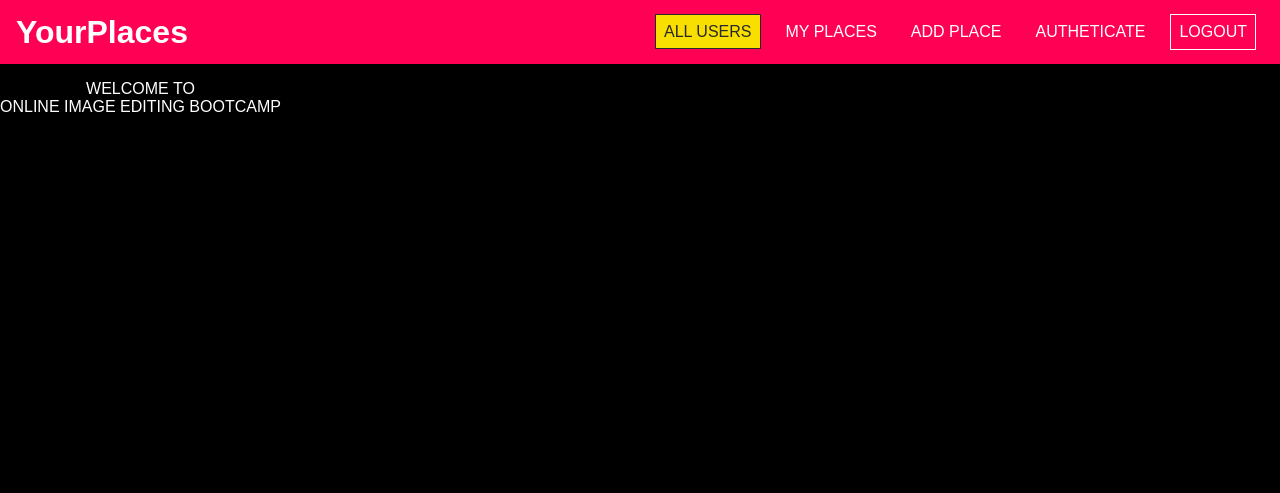
Repository: TanviSanyal/ImageEditingBootcamp
Page: /
An editor plug-in stored every save of this project. The page is shown before and after the next save, followed by the edit.
The browser window is 1280 px wide. The pictures show the whole page.
The project was rebuilt for these pictures with package versions that can differ from the ones it lists, and the page was loaded fresh each time. Also part of the build but not shown: src/shared/components/navigation/SideDrawer.css, src/shared/components/UIElements/Backdrop.css, src/shared/components/UIElements/Backdrop.js.

Above is the page before, as saved 2020-09-26 22:46:24.

### public/index.html
<!DOCTYPE html>
<html lang="en">
  <head>
    <meta charset="utf-8" />
    <link rel="icon" href="%PUBLIC_URL%/favicon.ico" />
    <meta name="viewport" content="width=device-width, initial-scale=1" />
    <meta name="theme-color" content="#000000" />
    <meta
      name="description"
      content="Web site created using create-react-app"
    />
    <link rel="apple-touch-icon" href="%PUBLIC_URL%/logo192.png" />
    <link rel="manifest" href="%PUBLIC_URL%/manifest.json" />
    <title>React App</title>
  </head>
  <body>
    <noscript>You need to enable JavaScript to run this app.</noscript>
    <div id="backdrop-hook"></div>
    <div id="modal-hook"></div>
    <div id="drawer-hook"></div>
    <div id="root"></div>
  </body>
</html>

### src/index.css
@import url('https://fonts.googleapis.com/css?family=Open+Sans:400,700&display=swap');

* {
  box-sizing: border-box;
}

html {
  font-family:Arial, Helvetica, sans-serif;
	font-weight:normal;
}

body {
  margin: 0;
  background: black;
}

### src/App.js
import React from 'react';
import {
  BrowserRouter as Router,
  Route,
  Redirect,
  Switch
} from 'react-router-dom';
import './App.css'
import MainNavigation from '../src/shared/components/navigation/MainNavigation';


const App = () => {

  // <Switch>
  //   <Route path="/" exact>
  //     {/* <Users /> */}
  //   </Route>
  //   <Route path="/:userId/places" exact>
  //     {/* <UserPlaces /> */}
  //   </Route>
  //   <Route path="/places/new" exact>
  //     {/* <NewPlace /> */}
  //   </Route>
  //   <Route path='/places/:placeId'>
  //     {/* <UpdatePlace /> */}
  //   </Route>
  //   <Redirect to="/" />
  // </Switch>

  return (
    <Router>
      <MainNavigation />
      <main className="main-body">
        <span>welcome to</span>
        <span> Online Image Editing Bootcamp</span>
      </main>
    </Router>
  );
};

export default App;

### src/App.css
.main-body span{
  color: white;
  text-transform: uppercase;
  display: block;
}
.main-body{
  text-align: center;
  position: absolute;
}

### src/shared/components/navigation/MainNavigation.js
import React, { useState } from 'react';
import { Link } from 'react-router-dom';

import MainHeader from './MainHeader';
import NavLinks from './NavLinks';
import SideDrawer from './SideDrawer';
import Backdrop from '../UIElements/Backdrop';
import './MainNavigation.css';

const MainNavigation = props => {
  const [drawerIsOpen, setDrawerIsOpen] = useState(false);

  const openDrawerHandler = () => {
    setDrawerIsOpen(true);
  };

  const closeDrawerHandler = () => {
    setDrawerIsOpen(false);
  };

  return (
    <React.Fragment>
      {drawerIsOpen && <Backdrop onClick={closeDrawerHandler} />}
      <SideDrawer show={drawerIsOpen} onClick={closeDrawerHandler}>
        <nav className="main-navigation__drawer-nav">
          <NavLinks />
        </nav>
      </SideDrawer>

      <MainHeader>
        <button className="main-navigation__menu-btn" onClick={openDrawerHandler}>
          <span />
          <span />
          <span />
        </button>
        <h1 className="main-navigation__title">
          <Link to="/">YourPlaces</Link>
        </h1>
        <nav className="main-navigation__header-nav">
          <NavLinks />
        </nav>
      </MainHeader>
    </React.Fragment>
  );
};

export default MainNavigation;

### src/shared/components/navigation/MainHeader.js
import React from 'react';

import './MainHeader.css';

const MainHeader = props => {
  return <header className="main-header">{props.children}</header>;
};

export default MainHeader;

### src/shared/components/navigation/NavLinks.js
import React,{useContext} from 'react';
import './NavLinks.css';
import {NavLink} from 'react-router-dom';
// import {AuthContext} from '../../context/auth-context';

const NavLinks = props => {

    // const auth = useContext(AuthContext);
    return(
        <ul className="nav-links">
            <li>
                <NavLink to="/" exact>ALL USERS</NavLink>
            </li>
           <li>
                <NavLink to="/u1/places">MY PLACES</NavLink>
            </li>
           <li>
                <NavLink to="/places/new">ADD PLACE</NavLink>
            </li>
            <li>
                <NavLink to="/auth">AUTHETICATE</NavLink>
            </li>
             <li><button >LOGOUT</button></li>
        </ul>
    );
};

export default NavLinks;

### src/shared/components/navigation/MainNavigation.css
.main-navigation__menu-btn {
    width: 3rem;
    height: 3rem;
    background: transparent;
    border: none;
    display: flex;
    flex-direction: column;
    justify-content: space-around;
    margin-right: 2rem;
    cursor: pointer;
  }

  .main-navigation__menu-btn span {
    display: block;
    width: 3rem;
    height: 2.5px;
    background: white;
  }

  .main-navigation__title {
    color: white;
  }

  .main-navigation__title a {
    text-decoration: none;
    color: white;
  }

  .main-navigation__header-nav {
    display: none;
  }

  .main-navigation__drawer-nav {
    height: 100%;
  }

  @media (min-width: 768px) {
    .main-navigation__menu-btn {
      display: none;
    }

    .main-navigation__header-nav {
      display: block;
    }
  }

### src/shared/components/navigation/NavLinks.css
.nav-links {
    list-style: none;
    margin: 0;
    padding: 0;
    width: 100%;
    height: 100%;
    display: flex;
    flex-direction: column;
    justify-content: center;
    align-items: center;
  }

  .nav-links li {
    margin: 1rem;
  }

  .nav-links a {
    border: 1px solid transparent;
    color: #292929;
    text-decoration: none;
    padding: 0.5rem;
  }

  .nav-links a:hover,
  .nav-links a:active,
  .nav-links a.active {
    background: #f8df00;
    border-color: #292929;
    color: #292929;
  }

  .nav-links button {
    cursor: pointer;
    border: 1px solid #292929;
    color: #292929;
    background: transparent;
    padding: 0.5rem;
    font: inherit;
  }

  .nav-links button:focus {
    outline: none;
  }

  .nav-links button:hover,
  .nav-links button:active {
    background: #292929;
    color: white;
  }

  @media (min-width: 768px) {
    .nav-links {
      flex-direction: row;
    }

    .nav-links li {
      margin: 0 0.5rem;
    }

    .nav-links a {
      color: white;
      text-decoration: none;
    }

    .nav-links button {
      border: 1px solid white;
      color: white;
      background: transparent;
    }

    .nav-links button:hover,
    .nav-links button:active {
      background: #f8df00;
      color: #292929;
    }
  }

Loaded but not shown: src/index.js (common file); src/shared/components/navigation/SideDrawer.js (common file); src/shared/components/navigation/MainHeader.css (common file)

After the next save:
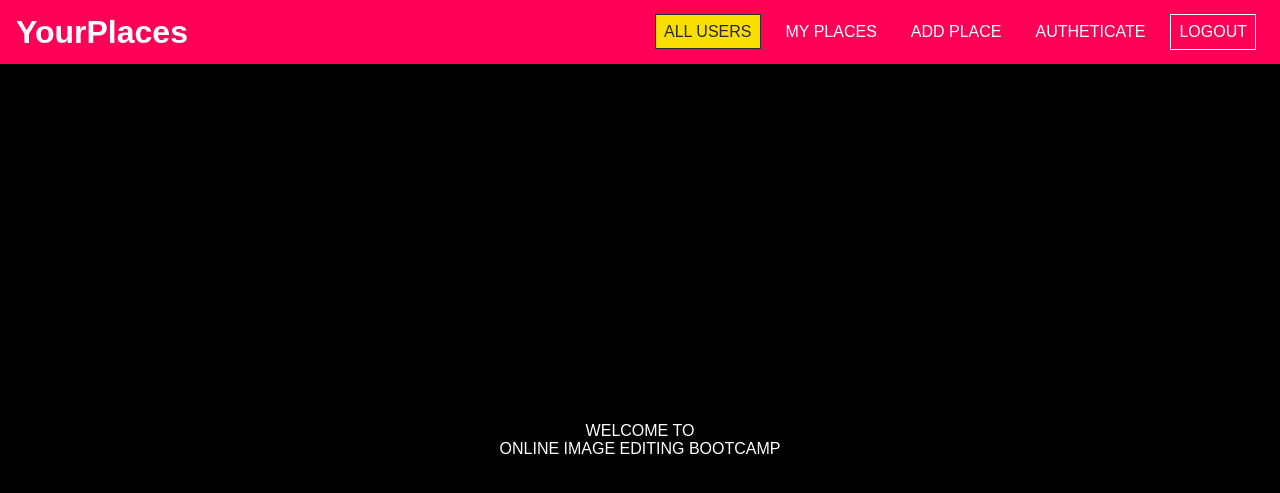
Saved 69 s later.
--- a/src/App.css
+++ b/src/App.css
@@ -6,4 +6,7 @@
 .main-body{
   text-align: center;
   position: absolute;
+  top: 50%;
+  left:50%;
+  transform: translate(-50%,-50%);
 }
